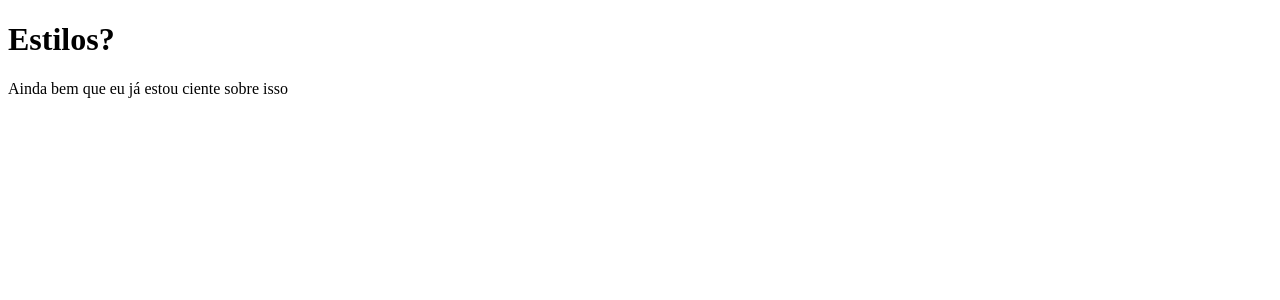
Repository: ErikMesquita/Danki-Code
Page: estilos/index.html
The author's editor kept a copy of each file at every save. The page is drawn from the files as they stood at one save, then again after the next save.
The browser window is 1280 px wide. The pictures show the whole page.

Above is the page before, as saved 2023-10-29 18:08:17.

After the next save:
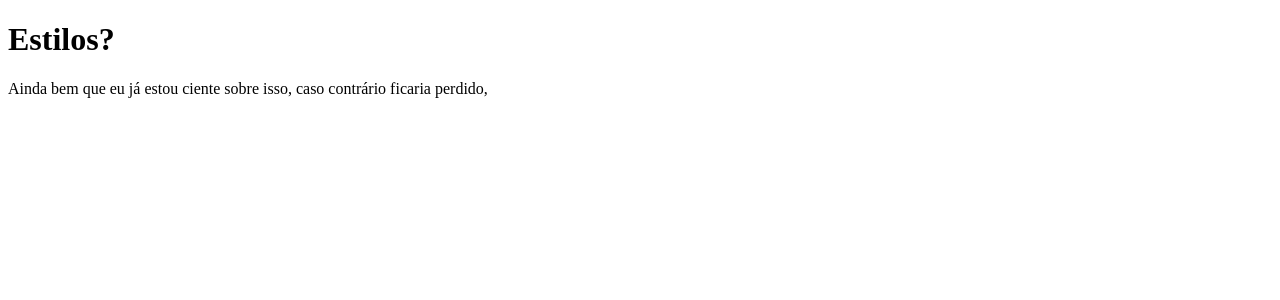
Saved 9 s later.
--- a/estilos/index.html
+++ b/estilos/index.html
@@ -10,7 +10,7 @@
 <body>
     <h1>Estilos?</h1>
         <p>
-            Ainda bem que eu já estou ciente sobre isso
+            Ainda bem que eu já estou ciente sobre isso, caso contrário ficaria perdido,
         </p>
 </body>
 
